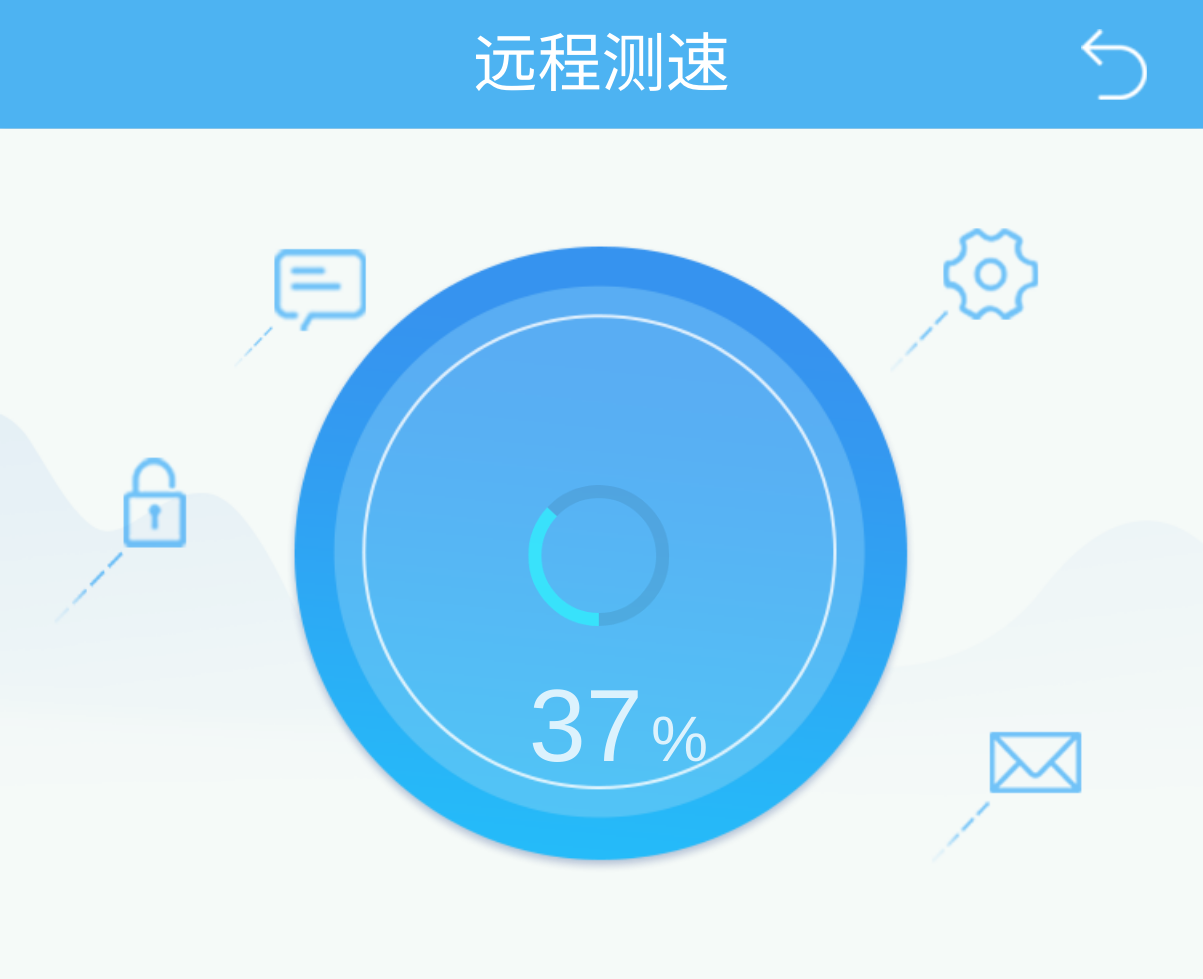
Repository: wangbiaozy/8.24
Page: index_test1.html
These files come from the project's save history. The page is drawn as it stood at one moment and after the next save; the edit follows.
The browser window is 1280 px wide. The pictures show the whole page, at 94% of full size.

Above is the page before, as saved 2018-08-23 18:27:11.

### index_test1.html
<!DOCTYPE html>
<html lang="en">
<head>
    <meta charset="UTF-8">
    <meta name="viewport"
          content="width=device-width, user-scalable=no, initial-scale=1.0, maximum-scale=1.0, minimum-scale=1.0">
    <title>Title</title>
    <link rel="stylesheet" href="css/reset.min.css">
    <link rel="stylesheet/less" href="css/styles_test1.less">
    <script src="js/less-1.7.0.min.js"></script>
</head>
<body>
    <header>
        <p>远程测速</p>
        <a class="back" href="javascript:void(0)"></a>
    </header>
    <main>
        <div class="circle">
            <div class="progress_1">
                <p><span>75</span>%</p>
            </div>
        </div>
        <div class="date_1"></div>
    </main>
</body>
</html>
<script src="js/jquery-1.10.1.min.js"></script>
<script src="js/circle-progress.min.js"></script>
<script src="js/index.js"></script>

### css/reset.min.css
@charset "utf-8";
/*默认样式清除和初始化*/
body,h1,h2,h3,h4,h5,h6,hr,p,blockquote,dl,dt,dd,ul,ol,li,button,input,textarea,th,td{margin:0;padding:0}body{font-size:12px;font-style:normal;font-family:"\5FAE\8F6F\96C5\9ED1",Helvetica,sans-serif}small{font-size:12px}h1{font-size:18px}h2{font-size:16px}h3{font-size:14px}h4,h5,h6{font-size:100%}ul,ol{list-style:none}a{text-decoration:none;background-color:transparent}a:hover,a:active{outline-width:0;text-decoration:none}table{border-collapse:collapse;border-spacing:0}hr{border:0;height:1px}img{border-style:none}img:not([src]){display:none}svg:not(:root){overflow:hidden}html{-webkit-touch-callout:none;-webkit-text-size-adjust:100%}input,textarea,button,a{-webkit-tap-highlight-color:rgba(0,0,0,0)}article,aside,details,figcaption,figure,footer,header,main,menu,nav,section,summary{display:block}audio,canvas,progress,video{display:inline-block}audio:not([controls]),video:not([controls]){display:none;height:0}progress{vertical-align:baseline}mark{background-color:#ff0;color:#000}sub,sup{position:relative;font-size:75%;line-height:0;vertical-align:baseline}sub{bottom:-0.25em}sup{top:-0.5em}button,input,select,textarea{font-size:100%;outline:0}button,input{overflow:visible}button,select{text-transform:none}textarea{overflow:auto}button,html [type="button"],[type="reset"],[type="submit"]{-webkit-appearance:button}button::-moz-focus-inner,[type="button"]::-moz-focus-inner,[type="reset"]::-moz-focus-inner,[type="submit"]::-moz-focus-inner{border-style:none;padding:0}button:-moz-focusring,[type="button"]:-moz-focusring,[type="reset"]:-moz-focusring,[type="submit"]:-moz-focusring{outline:1px dotted ButtonText}[type="checkbox"],[type="radio"]{box-sizing:border-box;padding:0}[type="number"]::-webkit-inner-spin-button,[type="number"]::-webkit-outer-spin-button{height:auto}[type="search"]{-webkit-appearance:textfield;outline-offset:-2px}[type="search"]::-webkit-search-cancel-button,[type="search"]::-webkit-search-decoration{-webkit-appearance:none}::-webkit-input-placeholder{color:inherit;opacity:.54}::-webkit-file-upload-button{-webkit-appearance:button;font:inherit}.clear:after{display:block;height:0;content:"";clear:both}
*{ -webkit-tap-highlight-color: rgba(0,0,0,0);-webkit-tap-highlight-color: transparent; /* For some Androids */ }

### js/index.js
(function (doc, win) {
    var docEl = doc.documentElement,
        resizeEvt = 'orientationchange' in window ? 'orientationchange' : 'resize',
        recalc = function () {
            var clientWidth = docEl.clientWidth;
            if (!clientWidth) return;
            docEl.style.fontSize = 100 * (clientWidth / 750) + 'px';
        };
    if (!doc.addEventListener) return;
    win.addEventListener(resizeEvt, recalc, false);
    doc.addEventListener('DOMContentLoaded', recalc, false);
})(document, window);
$(function () {

    //首页一键体检
    $('#beforeBtn').on('click',function(){
        $('.before').hide();
        $('.check').show();
        $('.progress').circleProgress({
            value: 1,
            size: 115,
            startAngle: Math.PI/2,
            thickness: 14,
            animation: {duration:12000},//进度条完成时间（ms）
            fill: {
                gradient: ["#32edfd"]
            },
            //circle-animation-start：	function(event)-event - jQ事件
            //circle-animation-progress：	function(event, animationProgress, stepValue)：-event - jQ事件 animationProgress - 从0.0到1.0stepValue - 当前的步长值，从0.0到value
            //circle-animation-end:	function(event)：-event - jQ事件
        }).on('circle-animation-progress', function (event, progress, stepValue) {
                $(this).find('span').html(parseInt(stepValue.toFixed(2) * 100));
        }).on('circle-animation-end',function(){
            $('.message').removeClass('move');
            stop();
            $('.check').hide();
            $('.result').show();
        });
        start();
        messageMove();
    });

    //远程测速
    $('.progress_1').circleProgress({
        value: 1,
        size: 150,
        startAngle: Math.PI/2,
        thickness: 14,
        animation: {duration:12000},//进度条完成时间（ms）
        fill: {
            gradient: ["#32edfd"]
        },
    }).on('circle-animation-progress', function (event, progress, stepValue) {
            $(this).find('span').html(parseInt(stepValue.toFixed(2) * 100));
    }).on('circle-animation-end',function(){
        $('.message').removeClass('move');
        stop();
    });

    //检查项滚动
    var messageInnerText = '1111';
    function messageScroll(){
        $('.message').children('li:first-child').remove();
        $('.message').append('<li>'+messageInnerText+'</li>');
        if(!$('.message').hasClass('move')){
            window.clearInterval(timer);
        }
    }
    function messageMove(){
        timer = window.setInterval(messageScroll,500);
    }


    //检测时间
    var hour,minute,second;
    hour=minute=second=0;
    var millisecond=0;
    var int;
    function start(){
        int=setInterval(times,50);
    }
    function times(){
        millisecond=millisecond+50;
        if(millisecond>=1000){
            millisecond=0;
            second=second+1;
        }
        if(second>=60){
            second=0;
            minute=minute+1;
        }

        if(minute>=60){
            minute=0;
            hour=hour+1;
        }
      $('#timeText').text((hour<10?"0"+hour:hour)+':'+(minute<10?"0"+minute:minute)+':'+(second<10?"0"+second:second));
    }
    function stop(){
        window.clearInterval(int);
    }


    //查看详细清单下拉
    $('.arrow').on('click',function(){
        var $this = $(this),
            $listBox = $(this).siblings('div');
        $listBox.slideToggle("normal",function(){
            if($listBox.css('display') === 'block'){
                $this.addClass('act');
                $this.siblings('p').css('opacity','0');
            }else{
                $this.removeClass('act');
                $this.siblings('p').css('opacity','1');
            }
        });
    });



    //网关重启 WIFI开关 LED指示灯开关 查看黑名单
    $('#controlBox').on('click','a',function(){
        var $this = $(this);
        if($this.hasClass('off')){
            $this.removeClass('off');
        }else{
            $this.addClass('off');
        }
    });

    $('#look_blacklist').on('click',function(){
        $('.blacklistModel').show();
    });

    //返回
    $('.back').on('click',function(){
        window.history.go(-1);
    });
    //关闭弹窗
    $('.close').on('click',function(){
        $(this).parent().hide();
        hideMask();
    });
    //显示遮罩层
    function showMask(){
        $("#mask").css("height",$(document).height());
        $("#mask").css("width",$(document).width());
        $("#mask").show();
        $('body').css('position','fixed');
    }
    //隐藏遮罩层
    function hideMask(){
        $("#mask").hide();
        $('body').css('position','unset');
    }
});

Loaded but not shown: js/less-1.7.0.min.js (library); js/jquery-1.10.1.min.js (library); js/circle-progress.min.js (library)

After the next save:
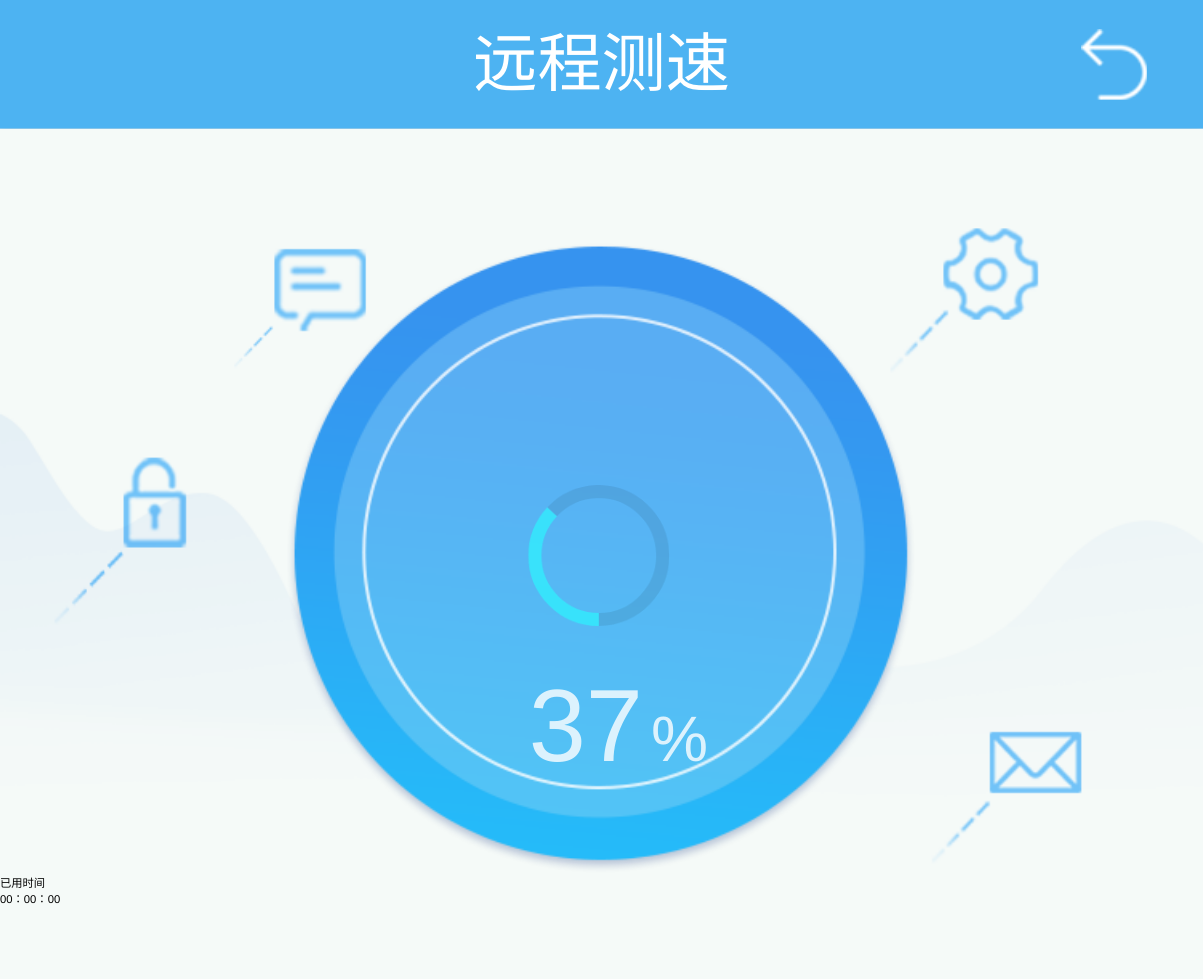
Saved 30 s later.
--- a/index_test1.html
+++ b/index_test1.html
@@ -20,7 +20,10 @@
                 <p><span>75</span>%</p>
             </div>
         </div>
-        <div class="date_1"></div>
+        <div class="date_1">
+            <p>已用时间</p>
+            <p>00：00：00</p>
+        </div>
     </main>
 </body>
 </html>
